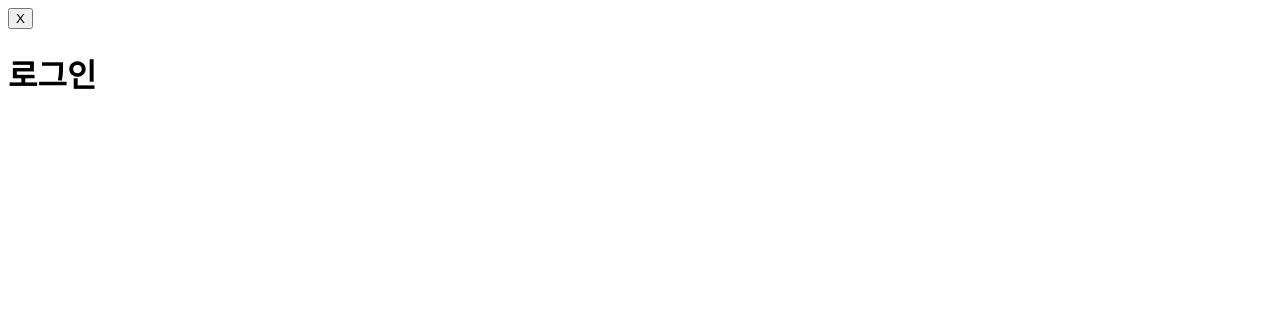
Repository: rwanda95do/bitcamp
Page: FrontProject/src/main/webapp/html/sign.html
The author's editor kept a copy of each file at every save. The page is drawn from the files as they stood at one save, then again after the next save.
The browser window is 1280 px wide. The pictures show the whole page.

Above is the page before, as saved 2024-08-29 06:38:48.

After the next save:
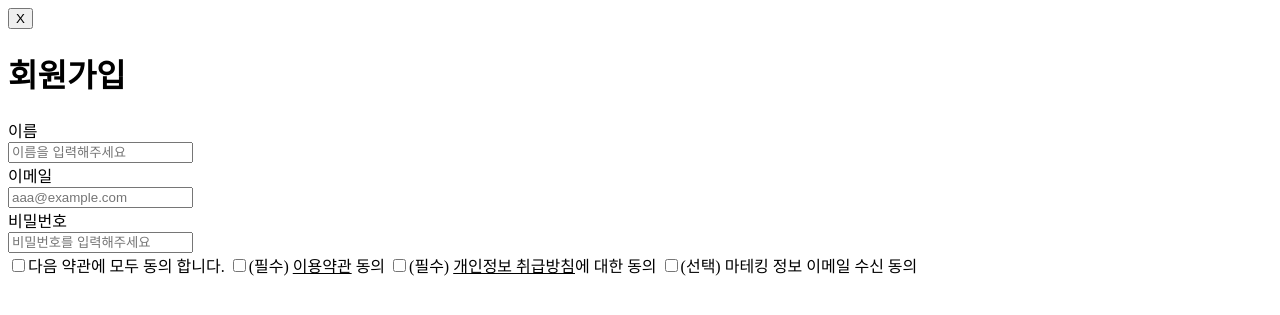
Saved 5 min 47 s later.
--- a/FrontProject/src/main/webapp/html/sign.html
+++ b/FrontProject/src/main/webapp/html/sign.html
@@ -12,7 +12,31 @@
 			<button value="X">X</button>
 		</div>
 		<div>
-			<h1>로그인</h1>
+			<h1>회원가입</h1>
+		</div>
+		<div>
+			<div>이름</div>
+			<div>
+				<input type="text" placeholder="이름을 입력해주세요">
+			</div>
+		</div>
+		<div>
+			<div>이메일</div>
+			<div>
+				<input type="email" placeholder="aaa@example.com">
+			</div>
+		</div>
+		<div>
+			<div>비밀번호</div>
+			<div>
+				<input type="password" placeholder="비밀번호를 입력해주세요">
+			</div>
+		</div>
+		<div>
+			<label><input type="checkbox">다음 약관에 모두 동의 합니다.</label>
+			<label><input type="checkbox">(필수) <u>이용약관</u> 동의</label>
+			<label><input type="checkbox">(필수) <u>개인정보 취급방침</u>에 대한 동의</label>
+			<label><input type="checkbox">(선택) 마테킹 정보 이메일 수신 동의</label>
 		</div>
 	</div>
 </body>
